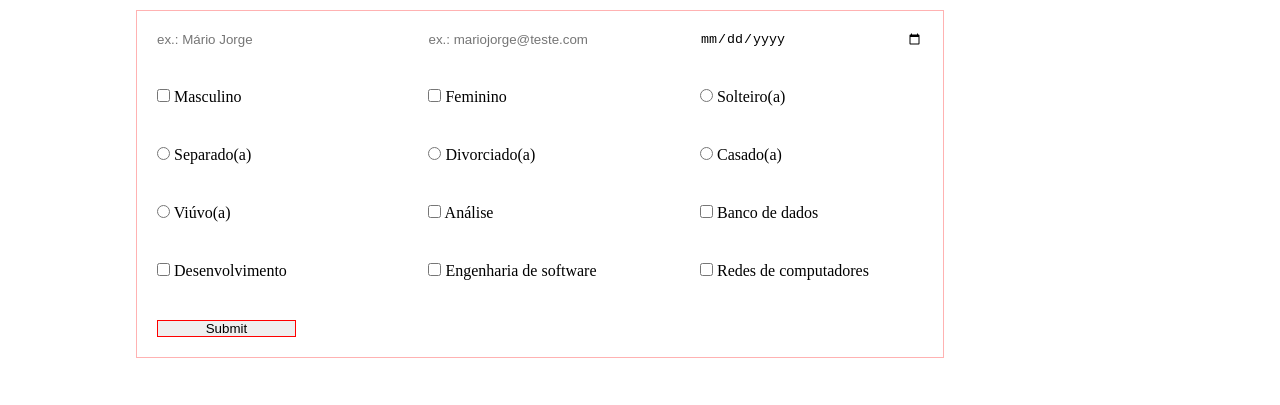
Repository: mjRibeiroTriscal/UVA_Projects
Page: Proj_A1_AVA2_2020_1/index.html
These files come from the project's save history. The page is drawn as it stood at one moment and after the next save; the edit follows.
The browser window is 1280 px wide. The pictures show the whole page.

Above is the page before, as saved 2020-03-13 11:38:56.

After the next save:
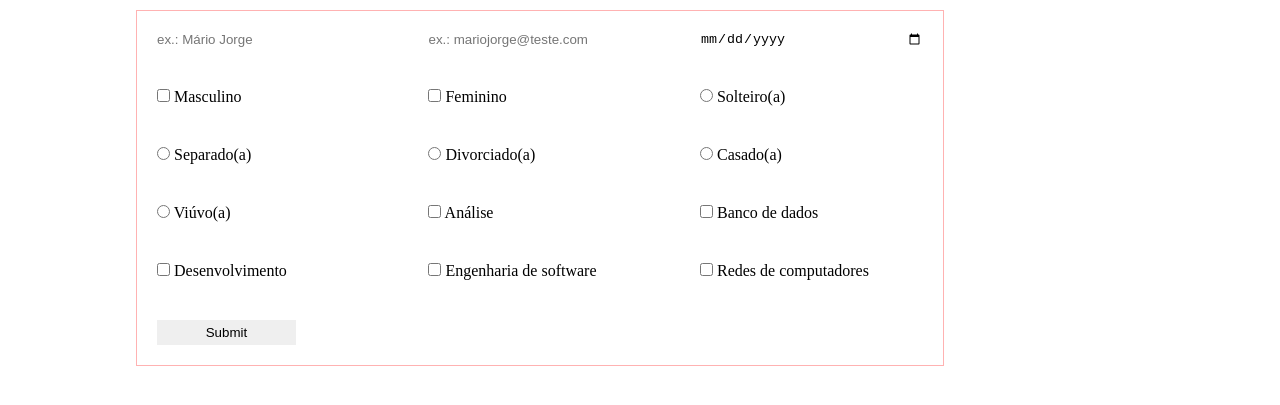
Saved 24 s later.
--- a/Proj_A1_AVA2_2020_1/style.css
+++ b/Proj_A1_AVA2_2020_1/style.css
@@ -39,7 +39,7 @@ input[type=date] {
 input[type=submit] {
     width: 60%;
     height: 100%;
-    border: 1px solid red;
+    padding: 5px;
 }
 
 .gridContainer {
